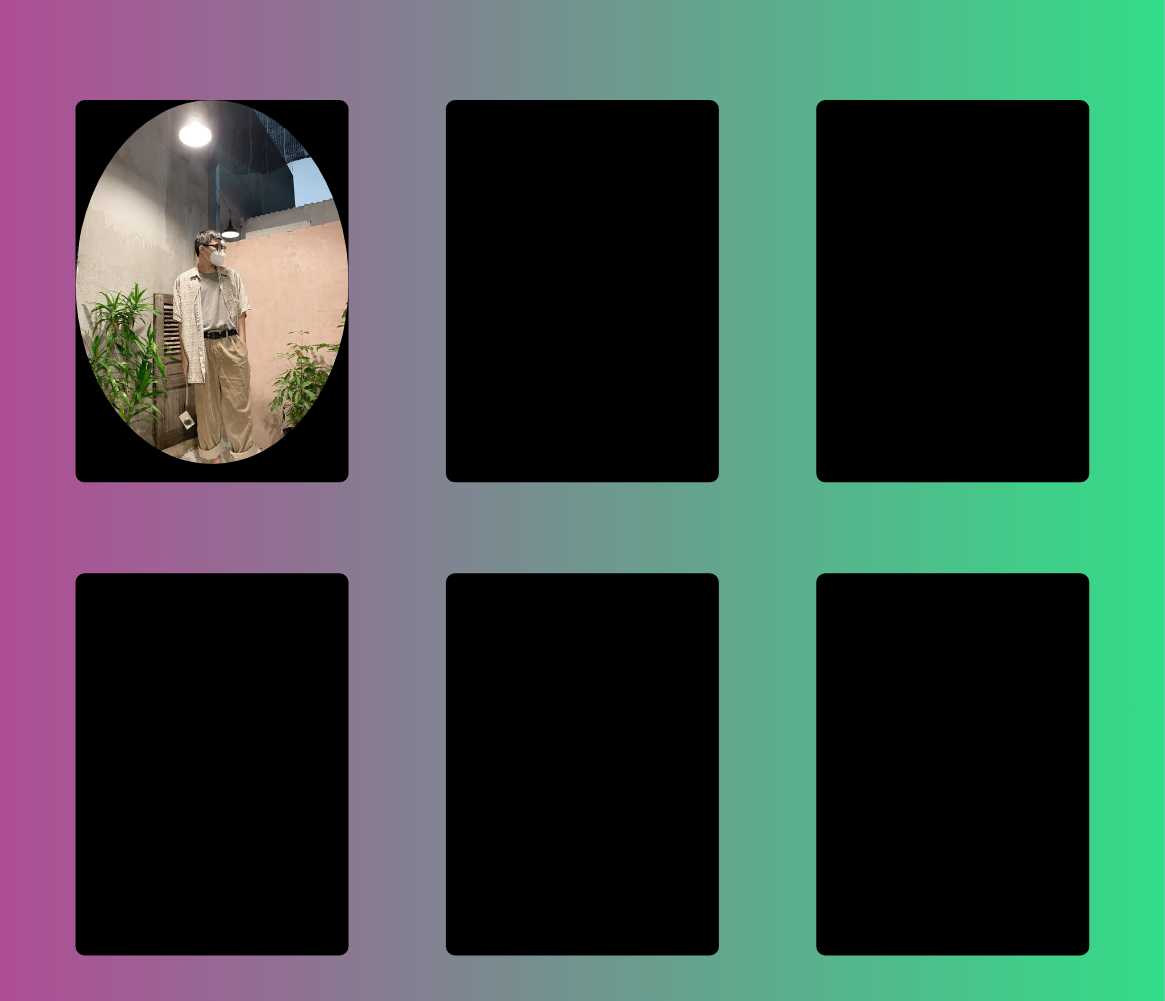
Repository: lausamtuong/profileCard
Page: index.html
The author's editor kept a copy of each file at every save. The page is drawn from the files as they stood at one save, then again after the next save.
The browser window is 1280 px wide. The pictures show the whole page, at 91% of full size.
The style sheet was rebuilt from its Sass, Less or Tailwind sources for each picture, by a compiler version that may differ from the author's.

Above is the page before, as saved 2021-12-14 15:09:11.

After the next save:
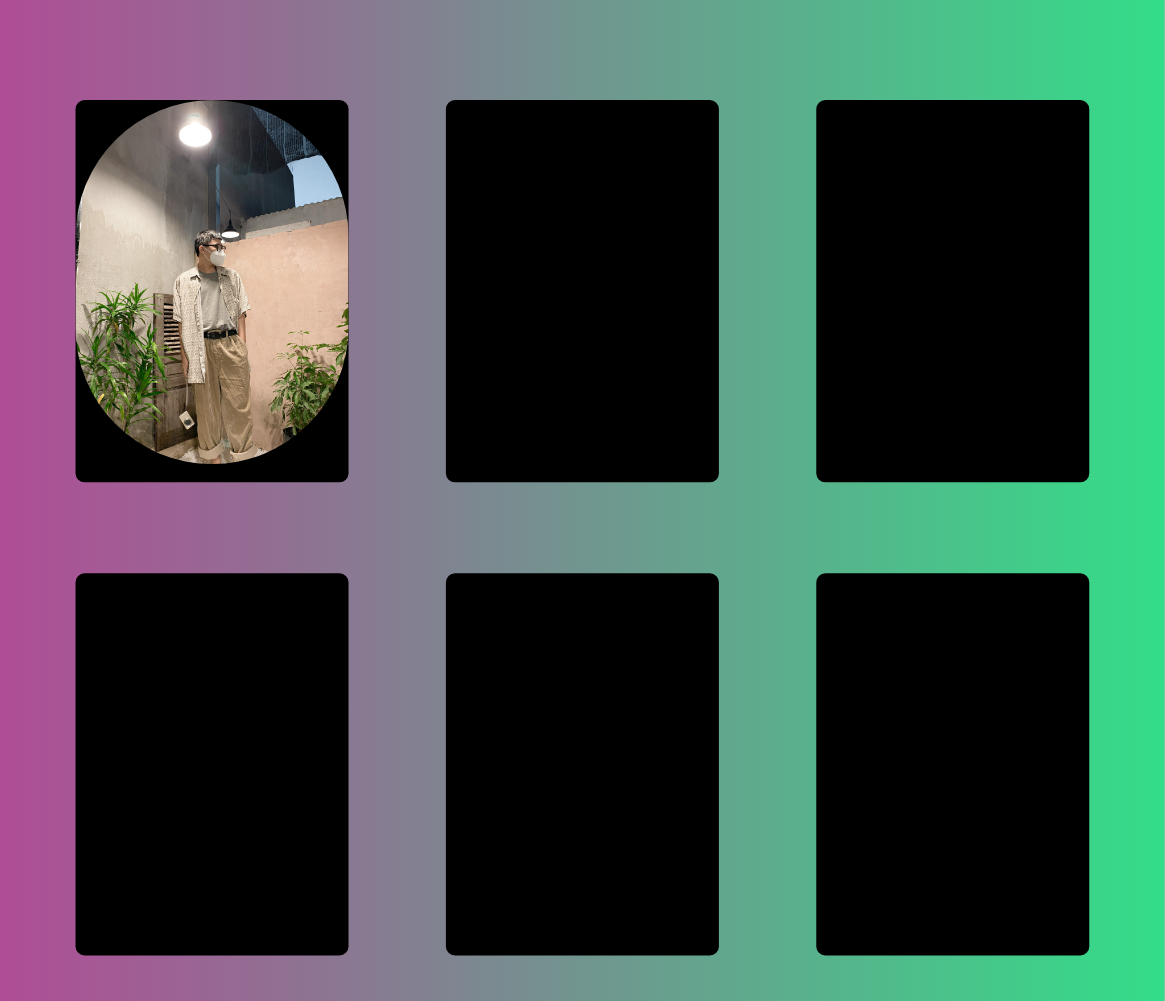
Saved 8 s later.
--- a/style.scss
+++ b/style.scss
@@ -27,7 +27,7 @@ body{
         height: 100%;
         img{
             width:100%;
-            border-radius: 100%;
+            border-radius: 10rem;
         }
     }
 
